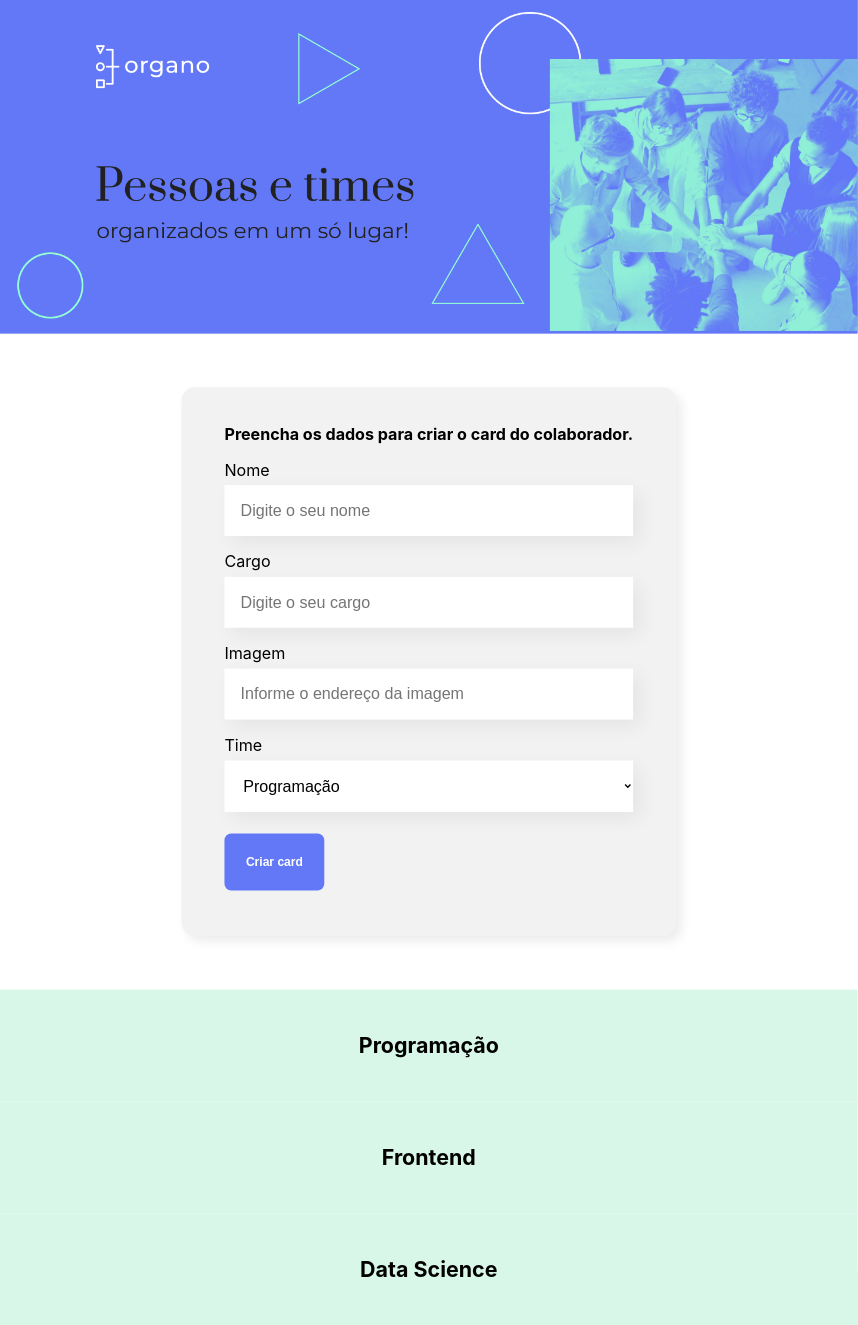
Repository: devMuriloOliveira/organo
Page: /
These files come from the project's save history. The page is drawn as it stood at one moment and after the next save; the edit follows.
The browser window is 1280 px wide. The pictures show the whole page, at 67% of full size.
The project was rebuilt for these pictures with package versions that can differ from the ones it lists, and the page was loaded fresh each time.

Above is the page before, as saved 2023-01-13 15:05:00.

### src/App.js

import { useState } from 'react'
import Banner from './componentes/Banner/Banner'
import Formulario from './componentes/Formulario'
import Time from './componentes/Time'


function App() {

  const [colaboradores, setColaboradores] = useState([])

  const aoNovoColaboradorAdicionado = (colaborador) => {
    console.log(colaborador)
    setColaboradores([...colaboradores, colaborador])
  }

  return (
    <div className="App">
      <Banner/>
      <Formulario aoColaboradorCadastrado={colaborador => aoNovoColaboradorAdicionado(colaborador)} />
      <Time nome="Programação"/>
      <Time nome="Frontend"/>
      <Time nome="Data Science"/>



    </div>
  )
}

export default App

### src/componentes/Banner/Banner.js
import './Banner.css'

function Banner() {
  return (
    <header className="banner">
      <img src="/imagens/banner.png" alt="O banner principal da pagina Organo"/>
    </header>


    )

}

export default Banner

### src/componentes/Formulario/index.js
import { useState } from 'react'
import Botao from '../Botao'
import CampoTexto from '../CampoTexto'
import ListaSuspensa from '../ListaSuspensa'
import './Formulario.css'

const Formulario = (props) =>{

    const times = [
      'Programação',
      'Front-End',
      'Data Science',
      'Devops',
      'UX e Design',
      'Mobile',
      'Inovação e Gestão'
    ]

    const [nome, setNome] = useState('')
    const [cargo, setCargo] = useState('')
    const [imagem, setImagem] = useState('')
    const [time, setTime] = useState('')



    const aoSalvar = (evento) => {
      evento.preventDefault()
      props.aoColaboradorCadastrado({
        nome,
        cargo,
        imagem,
        time
      })
    }

  return(

    <section className='formulario'>
      <form onSubmit={aoSalvar}>
        <h2>Preencha os dados para criar o card do colaborador.</h2>
      <CampoTexto
      obrigatorio={true}
      label="Nome"
      placeholder="Digite o seu nome"
      valor={nome}
      aoAuterado={valor => setNome(valor)}/>

      <CampoTexto
      obrigatorio={true}
      label="Cargo"
      placeholder="Digite o seu cargo"
      valor={cargo}
      aoAuterado={valor => setCargo(valor)}/>

      <CampoTexto
       label="Imagem"
       placeholder="Informe o endereço da imagem"
       valor={imagem}
       aoAuterado={valor => setImagem(valor)}/>
      <ListaSuspensa
      obrigatorio={true}
      label="Time"
       itens={times}
       valor={time}
       aoAuterado={valor => setTime(valor)}/>
      <Botao>
        Criar card
      </Botao>
      </form>
    </section>
  )
}

export default Formulario

### src/componentes/Time/index.js
import './Time.css'

const Time = (props) => {
  return(
    <section className='time'>
      <h3>{props.nome}</h3>
    </section>
  )
}

export default Time

### src/componentes/Banner/Banner.css
.banner {
  background-color: #6278F7;
  text-align: center;
}

.banner img {
  max-width: 100%;
}

### src/componentes/Botao/index.js
import './Botao.css'

const Botao = (props) =>{
  return(
      <button className='botao'>
        {props.children}
      </button>
  )
}

export default Botao

### src/componentes/CampoTexto/index.js
import './CampoTexto.css'

const CampoTexto = (props) =>{



  const aiDigitado = (evento) =>{
  props.aoAuterado(evento.target.value)
}

  return(
    <div className="campo-texto">
      <label>{props.label}</label>
      <input value={props.valor} onChange={aiDigitado} required={props.obrigatorio} placeholder={props.placeholder}/>
    </div>
  )
}

export default CampoTexto

### src/componentes/ListaSuspensa/index.js
import './ListaSuspensa.css'

const ListaSuspensa = (props) => {
  return(
    <div className='lista-suspensa'>
        <label>{props.label}</label>
        <select onChange={evento => props.aoAuterado(evento.target.value)} required={props.required} value={props.value}>
          {props.itens.map(item => {
            return <option key={item}>{item}</option>
          })}
        </select>
    </div>
  )
}

export default ListaSuspensa

### src/componentes/Formulario/Formulario.css
.formulario {
  display: flex;
  justify-content: center;
  margin: 80px 0;
}

.formulario form {
  max-width: 80%;
  background-color: #f2f2f2;
  border-radius: 20px;
  padding: 36px 64px;
  box-shadow: 8px 8px 16px rgba(0, 0, 0, 0.08);
}

### src/componentes/Time/Time.css
.time {
  text-align: center;
  padding: 32px;
  background-color: #D9F7E9;
}

.time h3 {
  font-size: 32px;
}

### src/componentes/Botao/Botao.css
.botao {
  background-color: #6278F7;
  border-radius: 10px;
  font-weight: 700;
  font-size: 18px;
  padding: 32px;
  border: none;
  cursor: pointer;
  color: #fff;
  margin: 32px 0;
}

.botao:hover {
  color: #95ffd4;
}

### src/componentes/CampoTexto/CampoTexto.css
.campo-texto {
  margin: 24px 0;
}

.campo-texto label {
  display: block;
  margin-bottom: 8px;
  font-size: 24px;
}

.campo-texto input {
  background-color: #fff;
  box-shadow: 10px 10px 30px rgba(0, 0, 0, 0.06);
  width: 100%;
  border: none;
  font-size: 24px;
  padding: 24px;
  box-sizing: border-box;
}

### src/componentes/ListaSuspensa/ListaSuspensa.css
.lista-suspensa label {
  display: block;
  margin-bottom: 8px;
  font-size: 24px;
}

.lista-suspensa select {
  background-color: #fff;
  box-shadow: 10px 10px 30px rgba(0, 0, 0, 0.06);
  width: 100%;
  border: none;
  font-size: 24px;
  padding: 24px;
  box-sizing: border-box;
}

Loaded but not shown: public/index.html (common file); src/index.js (common file); src/index.css (common file)

After the next save:
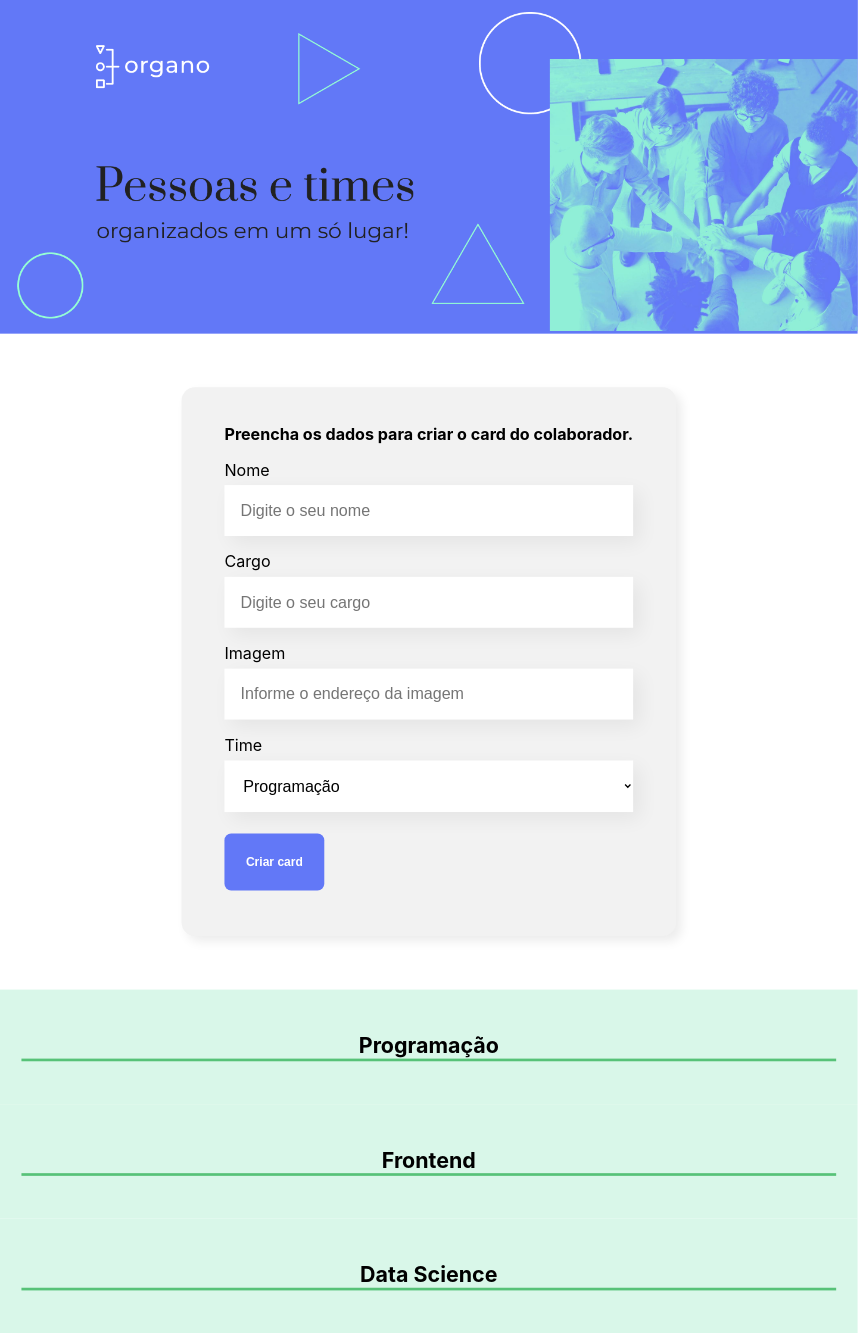
Saved 34 s later.
--- a/src/componentes/Time/Time.css
+++ b/src/componentes/Time/Time.css
@@ -6,4 +6,5 @@
 
 .time h3 {
   font-size: 32px;
+  border-bottom: 4px solid #57C278;
 }
